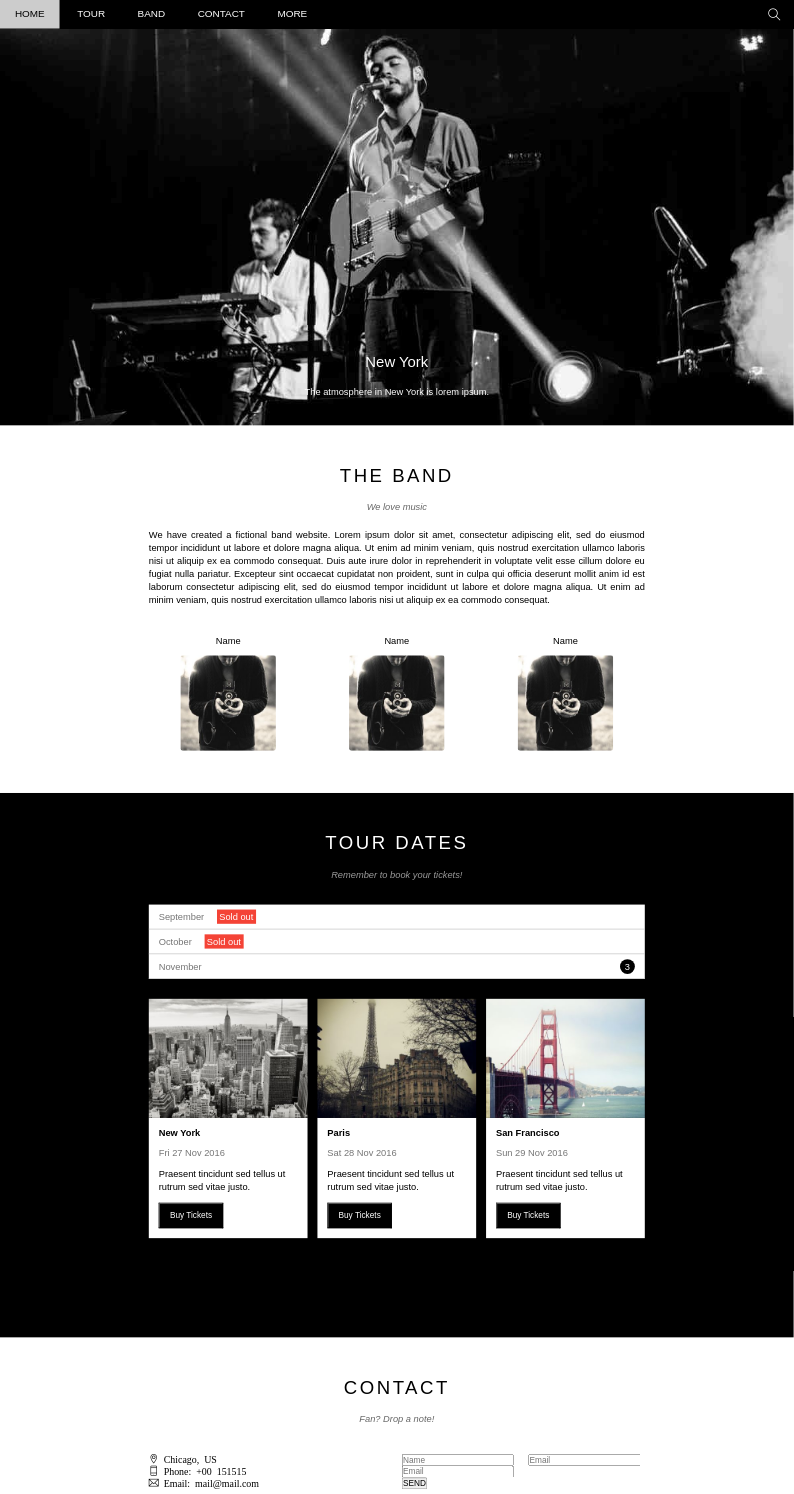
Repository: duyhung0311/band_music
Page: index.html
These files come from the project's save history. The page is drawn as it stood at one moment and after the next save; the edit follows.
The browser window is 1280 px wide. The pictures show the whole page, at 62% of full size.

Above is the page before, as saved 2021-08-15 12:20:21.

After the next save:
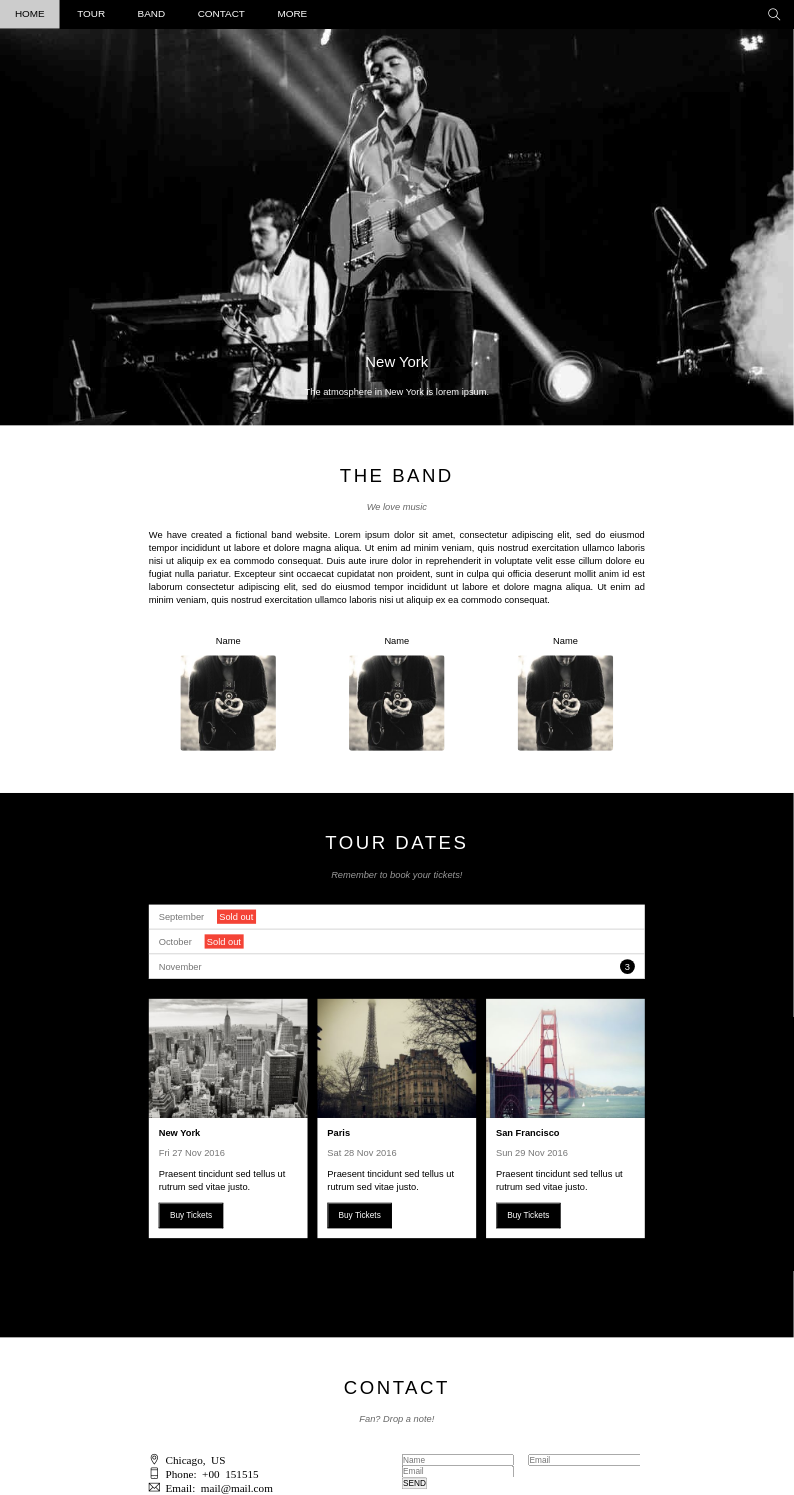
Saved 13 s later.
--- a/assets/css/style.css
+++ b/assets/css/style.css
@@ -388,6 +388,9 @@ html {
 .contact-content{
     margin-top: 48px;
 }
+.contact-info {
+    font-size: 18px;
+}
 @keyframes modalFadeIn {
     from {
         transform: translateY(-140px);
